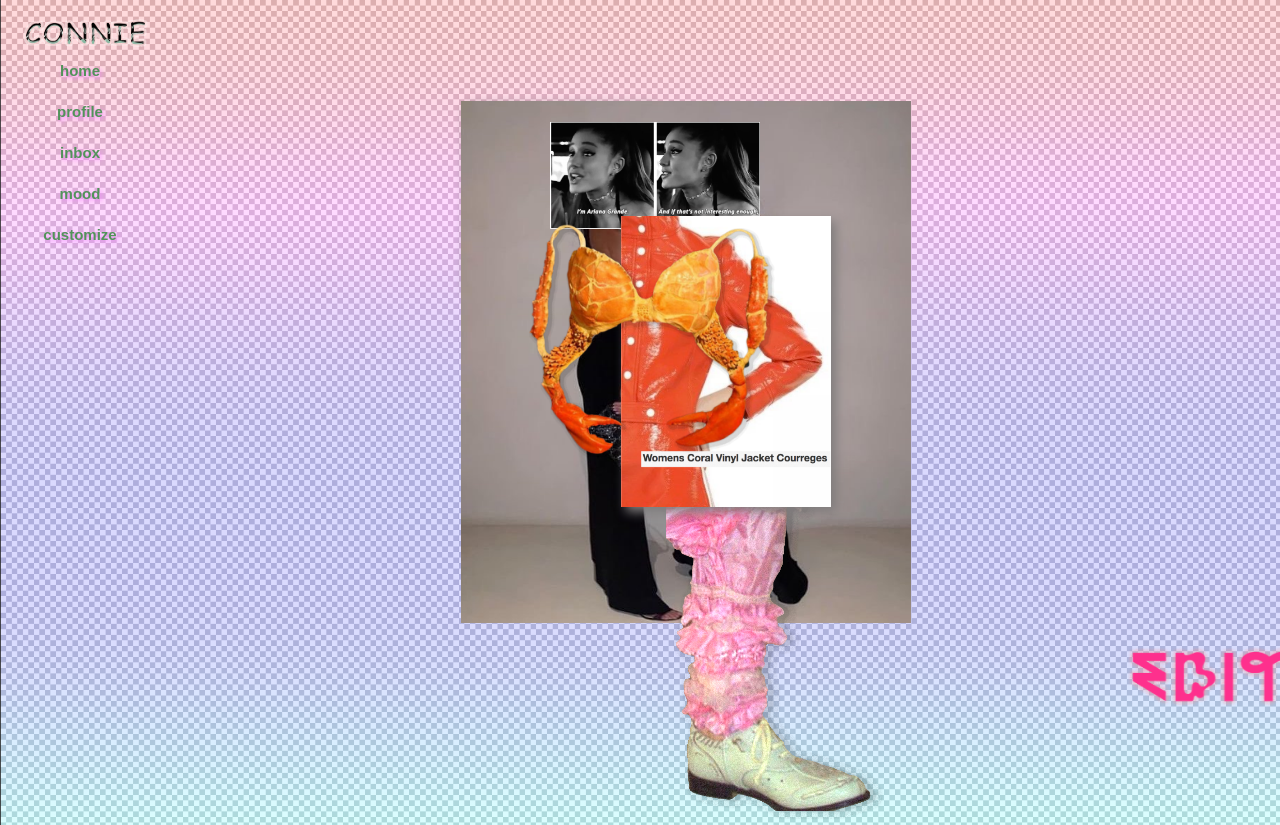
Repository: xuc009/xuc009.github.io
Page: track12/index.html
These files come from the project's save history. The page is drawn as it stood at one moment and after the next save; the edit follows.
The browser window is 1280 px wide. The pictures show the whole page.
Some web fonts or font styles are not loaded; a fallback is used. Some web libraries are served in a nearby version.

Above is the page before, as saved 2018-12-08 16:54:30.

After the next save:
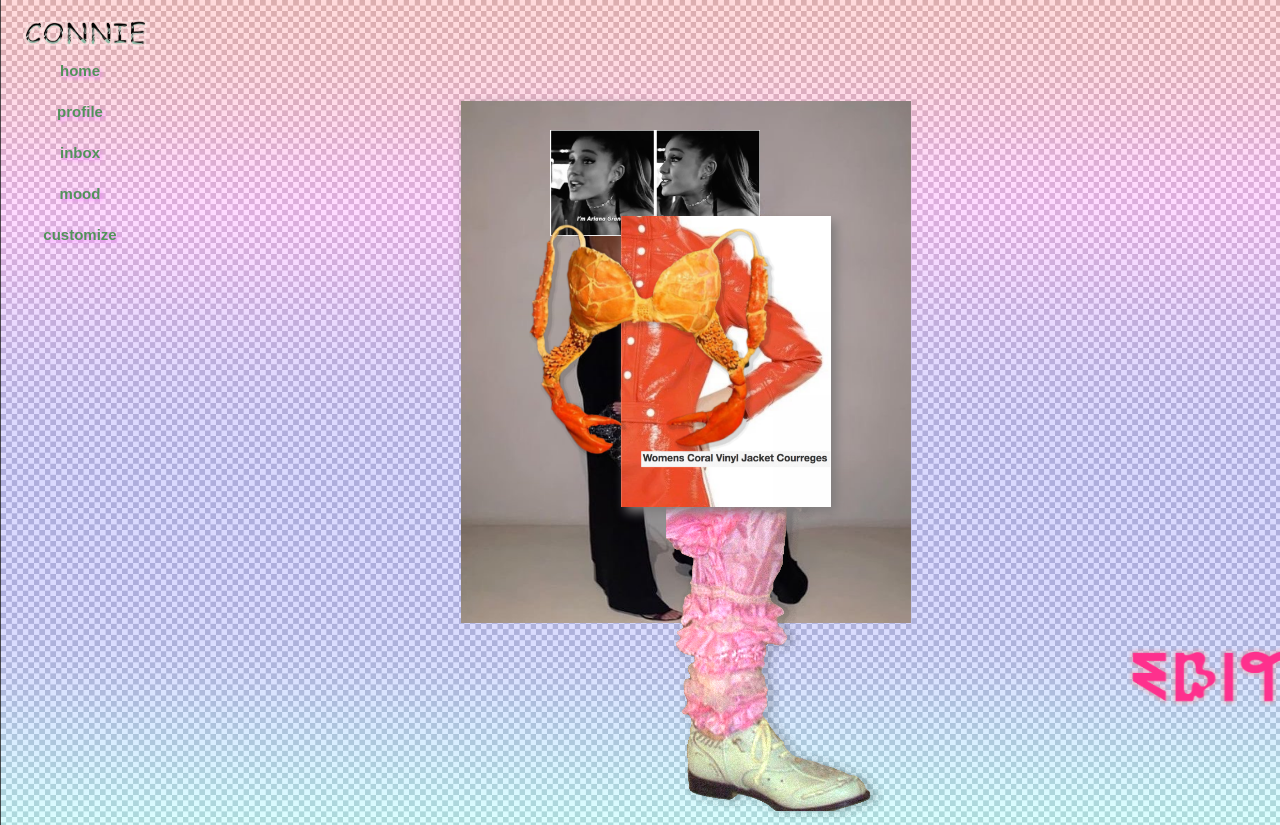
Saved 20 s later.
--- a/track12/assets/css/styles.css
+++ b/track12/assets/css/styles.css
@@ -62,7 +62,7 @@
     border: none;
     box-shadow: 5px 5px 10px #807d7d;
     position: absolute;
-    top: 17%;
+    top: 18%;
     left: 43%;
     cursor: move;
 }
